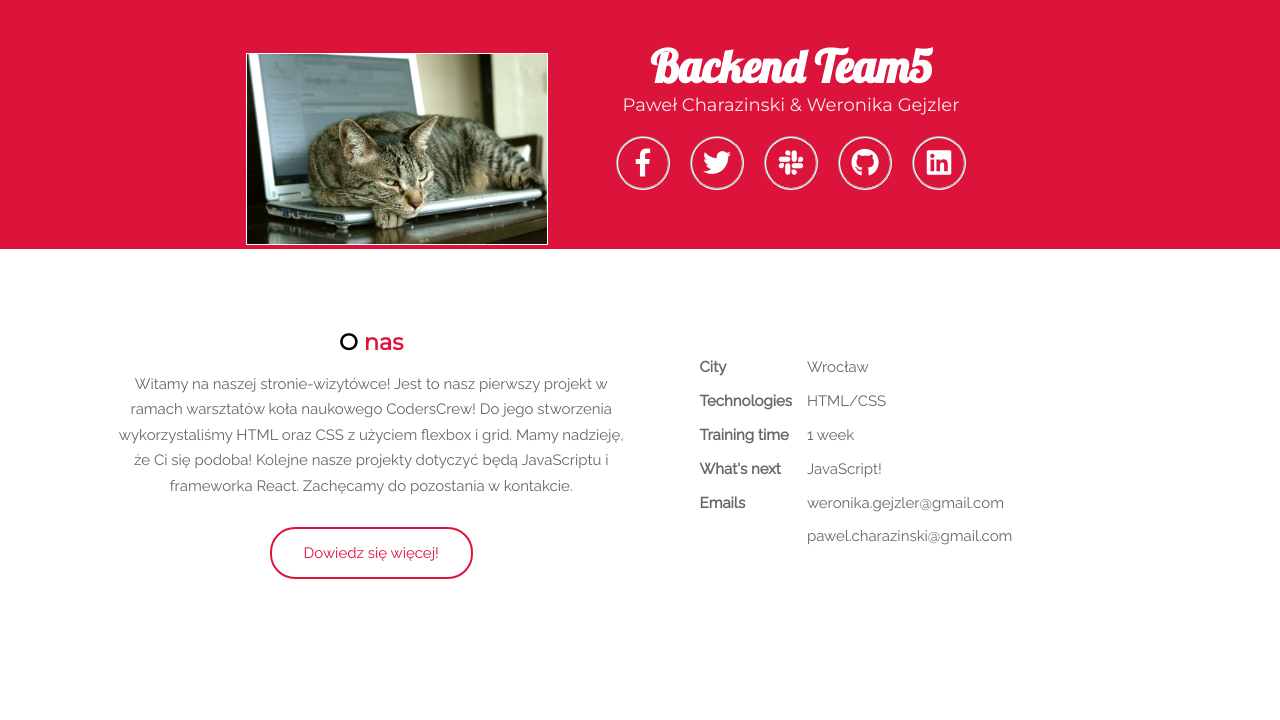
Repository: pietruszka/cc_proj1
Page: index.html
An editor plug-in stored every save of this project. The page is shown before and after a run of saves, followed by the edit.
The browser window is 1280 px wide. The pictures show the whole page.
Some web libraries are served in a nearby version.

Above is the page before, as saved 2018-11-18 20:50:16.

### index.html
<!DOCTYPE html>
<html lang="en">

<head>
    <meta charset="UTF-8">
    <meta name="viewport" content="width=device-width, initial-scale=1.0">
    <link rel="stylesheet" href="./style.css" />
    <link href="https://fonts.googleapis.com/css?family=Lobster" rel="stylesheet">
    <link href="https://use.fontawesome.com/releases/v5.0.8/css/all.css" rel="stylesheet">
    <link href="https://fonts.googleapis.com/css?family=Montserrat" rel="stylesheet">
    <link href="https://fonts.googleapis.com/css?family=Raleway" rel="stylesheet">
    <title>BackendTeam5</title>
</head>

<body>


        <div id="top">
            <div id="photo"><img id="photo1" src="people.jpg" alt=""></div>
            <div id="heading">


               <h1 id="heading1">Backend Team5</h1>
               <h2 id="heading2">Paweł Charazinski &amp; Weronika Gejzler</h2>
               <div class="nav">

                <div class="nav-item">
                    <a href="#" class="fab fa-facebook-f"></a>
                </div>
                <div class="nav-item">
                    <a href="#" class="fab fa-twitter"></a>
                </div>

                <div class="nav-item">
                    <a href="#" class="fab fa-slack"></a>
                </div>
                <div class="nav-item">
                    <a href="#" class="fab fa-github"></a>
                </div>
                <div class="nav-item">
                    <a href="#" class="fab fa-linkedin"></a>
                </div>
            </div>


            </div>

        </div>

        <div id="bottom">
            <div id="about">
<h1 id="h_about">O <span style="color:crimson">nas</span></h1>
<p id="p_about">Witamy na naszej stronie-wizytówce! Jest to nasz pierwszy projekt w ramach warsztatów koła naukowego CodersCrew! Do jego stworzenia wykorzystaliśmy HTML oraz CSS z użyciem flexbox i grid. Mamy nadzieję, że Ci się podoba! Kolejne nasze projekty dotyczyć będą JavaScriptu i frameworka React. Zachęcamy do pozostania w kontakcie.</p>
<div id="button">Dowiedz się więcej!</div>


            </div>
            <div id="details">
<table>
    <tr>
        <td class="table"><b>City</b></td>
        <td class="table">Wrocław</td>
    </tr>
    <tr>
        <td class="table"><b>Technologies</b></td>
        <td class="table">HTML/CSS</td>
    </tr>
    <tr>
        <td class="table"><b>Training time</b></td>
        <td class="table">1 week</td>
    </tr>
    <tr>
        <td class="table"><b>What's next</b></td>
        <td class="table">JavaScript!</td>
    </tr>
    <tr>
        <td class="table"><b>Emails</b></td>
        <td class="table">weronika.gejzler@gmail.com
        </td>
    </tr>
    <tr><td class="table"></td><td class="table">pawel.charazinski@gmail.com
        </td></tr>

</table>
</div>
        </div>


</div>
</body>

</html>

### style.css
body{
    margin: 0 0 1vw 0;
    font-size: 15px;


}
#top{
   display: flex;
   flex-direction: row;
   flex-wrap: wrap;
   align-items: center;
   justify-content: center;

    background-color: crimson;
    color: white;



}
#photo{
align-self: flex-end;


}
#photo1{
width: auto;
height: auto;
   max-width: 300px;
   max-height: 200px;
   border: 1px solid white;

}

#heading{

  padding: 3vw;

}

#heading1 {

    font-size: 3em;
    font-weight: 700;
        font-family: 'Lobster', cursive;
    text-align: center;
    margin:0;
   }
   #heading2 {

    font-size: 1.2em;
    font-weight: 100;
    font-family:  Montserrat;
    text-align: center;
    margin: 0%;
    opacity: 0.9;
    }

    a {
        color: white;
        text-decoration: none;

    }
    .nav {
        display: flex;
        justify-content: center;
        margin: 20px;
        flex-wrap: wrap;

    }

    .nav-item {

        animation: show 0.5s ease-in-out forwards;

        transition: all 0.3s ease-in-out;
        border-radius: 100%;
        border: groove 2px white;

        width: 50px;
        height: 50px;
        margin: 0 10px;
        display: flex;
        align-items: center;
        justify-content: center;

    }

    .nav-item:hover {
        cursor: pointer;

        opacity: 0.8;

    }

    .nav-item a:hover {

        opacity: 0.5;

    }

    .nav-item a {
        font-size: 28px;

    }

#bottom{
    display: flex;
    flex-direction: row;
    align-items: center;
    margin: 0 4vw;
     flex-wrap: wrap;



}
#about{
   margin: 5vw;
   width: 40vw;
   text-align: center;
}
#h_about{
   font-family:  Montserrat;
    font-style: Bold;
    font-size: 1.5em;

        line-height: 29px;

}
#p_about{
   color: #666666;
   Font-Family: Raleway;
Font-Style: Regular;

Line-Height: 1.7em;

}
#button{
    margin: 1vw;
    border: 2px solid crimson;
    border-radius: 25px;
    background-color: white;
    color: crimson;

    padding: 15px 32px;
    text-align: center;
    text-decoration: none;
    display: inline-block;

    Font-Family: Raleway;
}

#button:hover {
    cursor: pointer;
    background-color: bisque;
    transform: scale(1.03);

}


#details{

    color: #666666;
    Font-Family: Raleway;
 Font-Style: Regular;

 Line-Height: 19px;
 text-Align: Left;

}
.table{
    padding: 0.5vw;
}

After the next 2 saves:
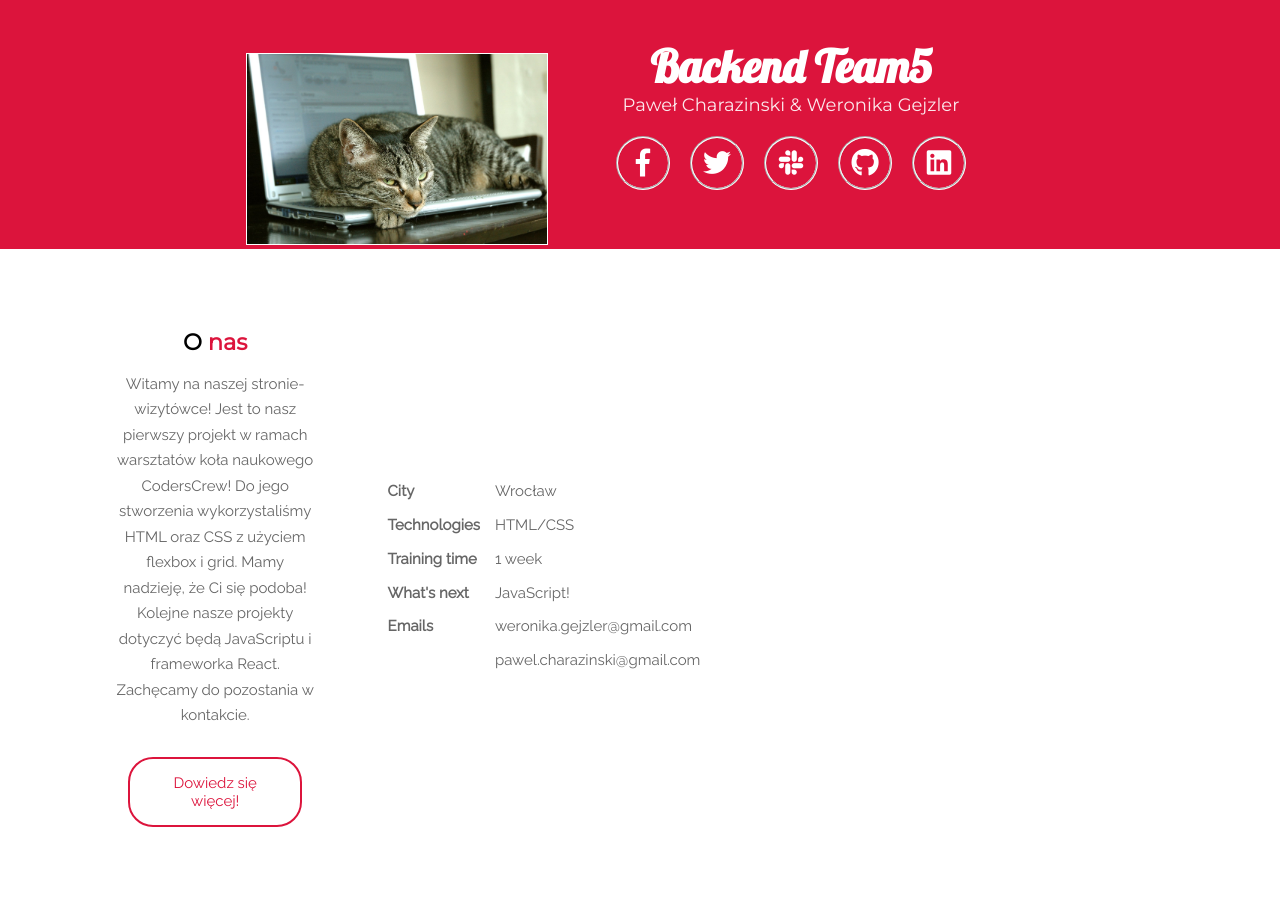
The 2 saves are shown as one change because they came seconds apart.
The last was saved 6 s later.
--- a/style.css
+++ b/style.css
@@ -115,7 +115,7 @@ height: auto;
 }
 #about{
    margin: 5vw;
-   width: 40vw;
+   width: 200px;
    text-align: center;
 }
 #h_about{
